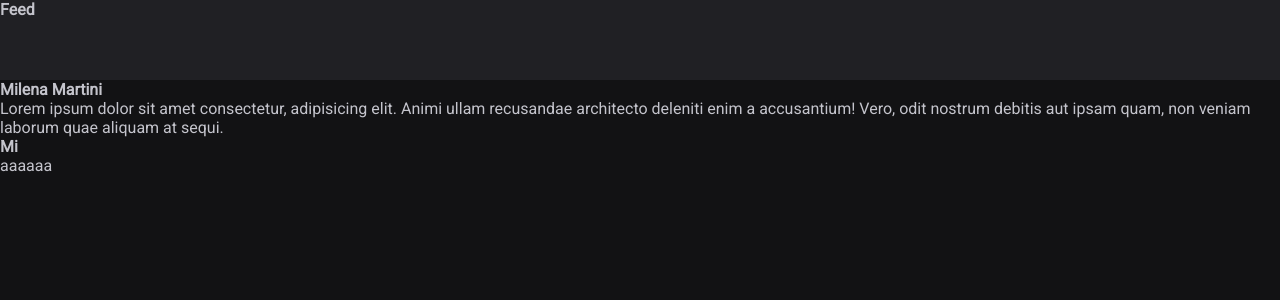
Repository: MilenaMartini/IgniteRckReactJs
Page: /
These files come from the project's save history. The page is drawn as it stood at one moment and after the next save; the edit follows.
The browser window is 1280 px wide. The pictures show the whole page.
The project was rebuilt for these pictures with package versions that can differ from the ones it lists, and the page was loaded fresh each time. Also part of the build but not shown: vite.config.js.

Above is the page before, as saved 2023-04-14 16:04:39.

After the next save:
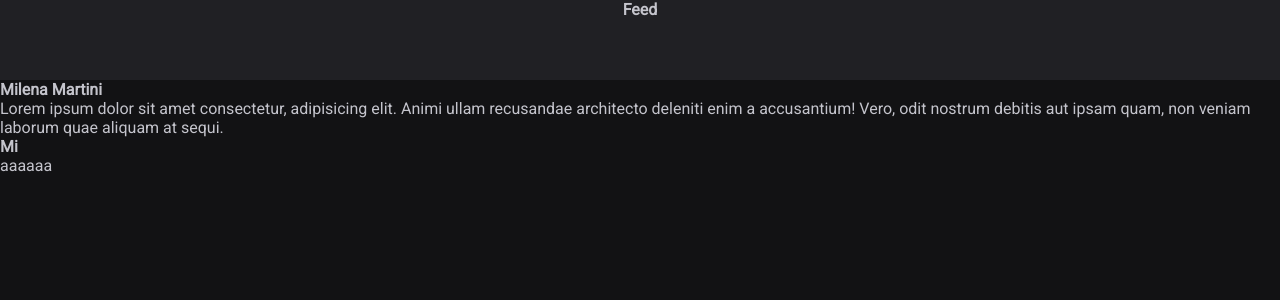
Saved 4 s later.
--- a/src/components/Header.module.css
+++ b/src/components/Header.module.css
@@ -1,6 +1,6 @@
 .header{
     background: var(--gray-800);
     display: flex;
-    justify-content: : center;
+    justify-content: center;
     height: 80px;
 }
